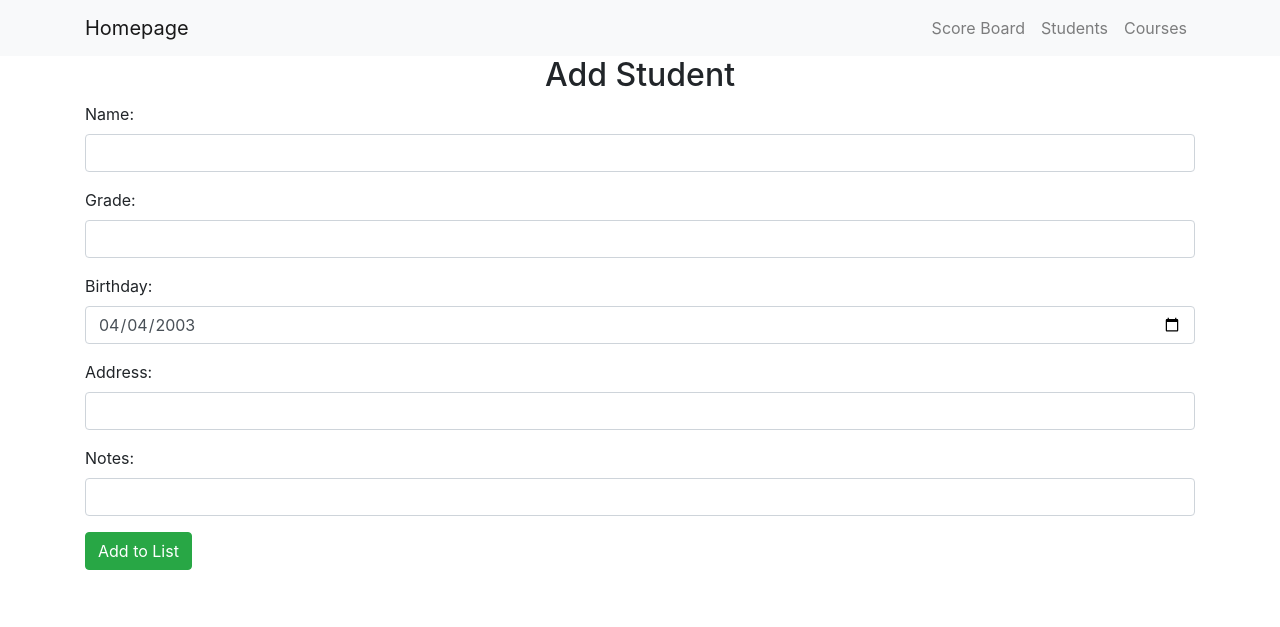
Repository: USTriett/Java-Servlet-JDBC-JSP-
Page: http://localhost/StudentManageServlet/AddStudent
These files come from the project's save history. The page is drawn as it stood at one moment and after the next save; the edit follows.
The browser window is 1280 px wide. The pictures show the whole page.
The page is served by Tomcat 9.

Above is the page before, as saved 2023-04-20 18:18:01.

After the next save:
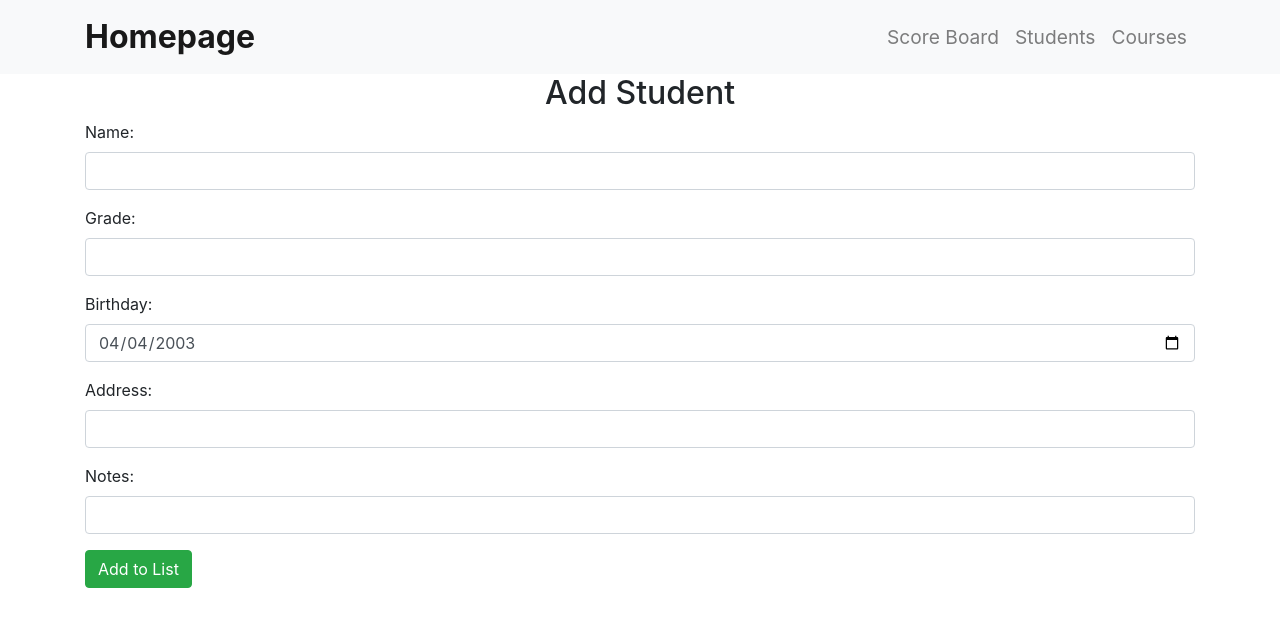
Saved 24 s later.
--- a/StudentManageServlet/src/main/webapp/WebContent/AddStudent.jsp
+++ b/StudentManageServlet/src/main/webapp/WebContent/AddStudent.jsp
@@ -18,6 +18,18 @@
 	<!-- Latest compiled JavaScript -->
 	<script src="https://maxcdn.bootstrapcdn.com/bootstrap/4.4.1/js/bootstrap.min.js"></script>
 	<meta charset="UTF-8">
+	<style>
+	.navbar-brand {
+	font-size: 2rem;
+	font-weight: bold;
+	color: #333;
+}
+
+.navbar-nav .nav-link {
+	font-size: 1.2rem;
+	color: #333;
+}
+	</style>
 </head>
 <body>
 <!-- Navbar -->
